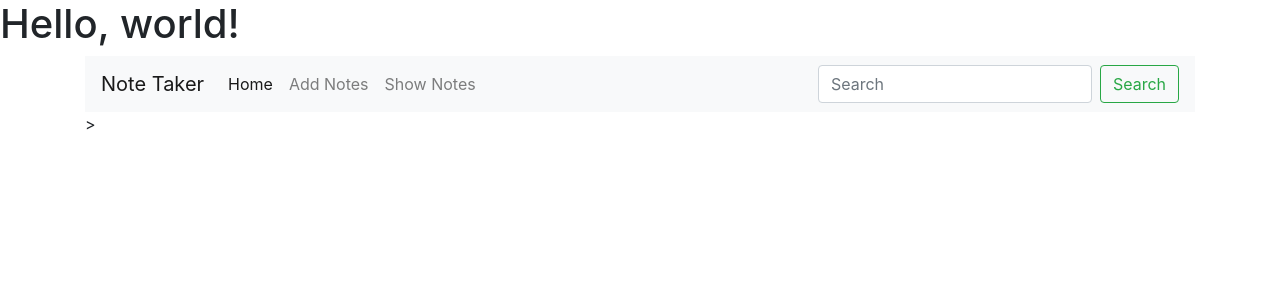
Repository: nayanchy123456/TODO-Project
Page: http://localhost/NoteTaker/
These files come from the project's save history. The page is drawn as it stood at one moment and after the next save; the edit follows.
The browser window is 1280 px wide. The pictures show the whole page.
Some web libraries are served in a nearby version. The page is served by Tomcat 10.

Above is the page before, as saved 2024-09-03 10:16:39.

After the next save:
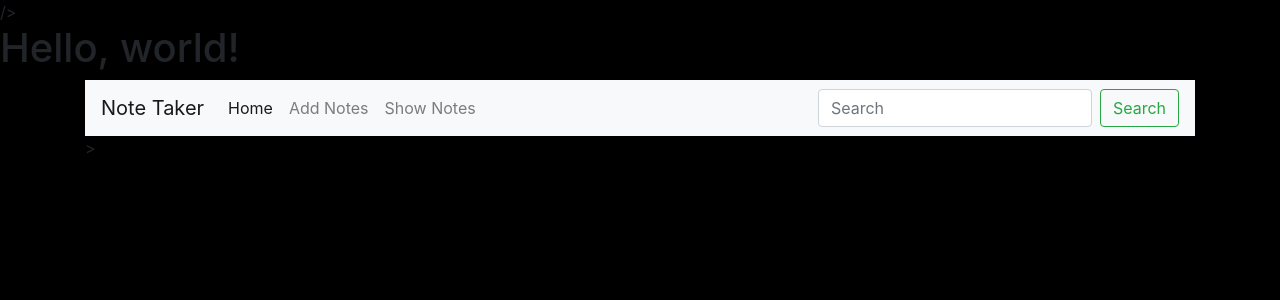
Saved 75 s later.
--- a/TODO webApplication/NoteTaker/src/main/webapp/index.jsp
+++ b/TODO webApplication/NoteTaker/src/main/webapp/index.jsp
@@ -7,7 +7,7 @@
 
     <!-- Bootstrap CSS -->
     <link rel="stylesheet" href="https://cdn.jsdelivr.net/npm/bootstrap@4.0.0/dist/css/bootstrap.min.css" integrity="sha384-Gn5384xqQ1aoWXA+058RXPxPg6fy4IWvTNh0E263XmFcJlSAwiGgFAW/dAiS6JXm" crossorigin="anonymous">
-	<link href="style.css"/>
+	<link href="css/style.css" rel="stylesheet">/>
     <title>Hello, world!</title>
   </head>
   <body>

After the save that followed:
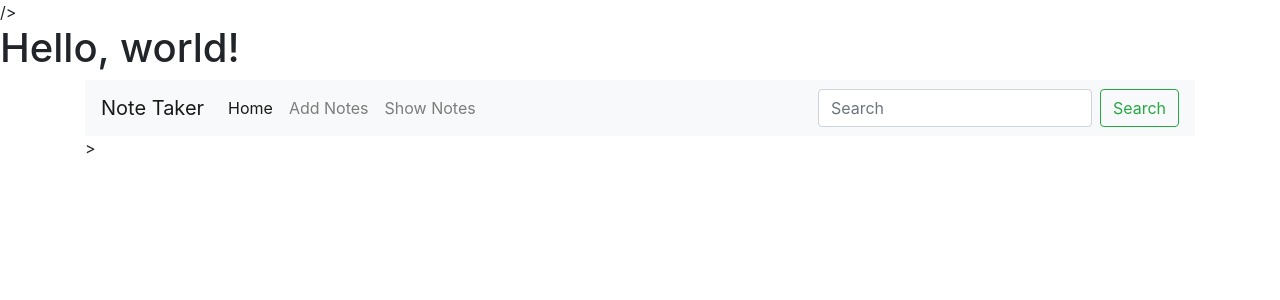
Saved 2 min 38 s later.
--- a/TODO webApplication/NoteTaker/src/main/webapp/css/style.css
+++ b/TODO webApplication/NoteTaker/src/main/webapp/css/style.css
@@ -1,5 +1,4 @@
-body
-{
-	background: black;
+.purple{
 
+	background: 4A148C;
 }
